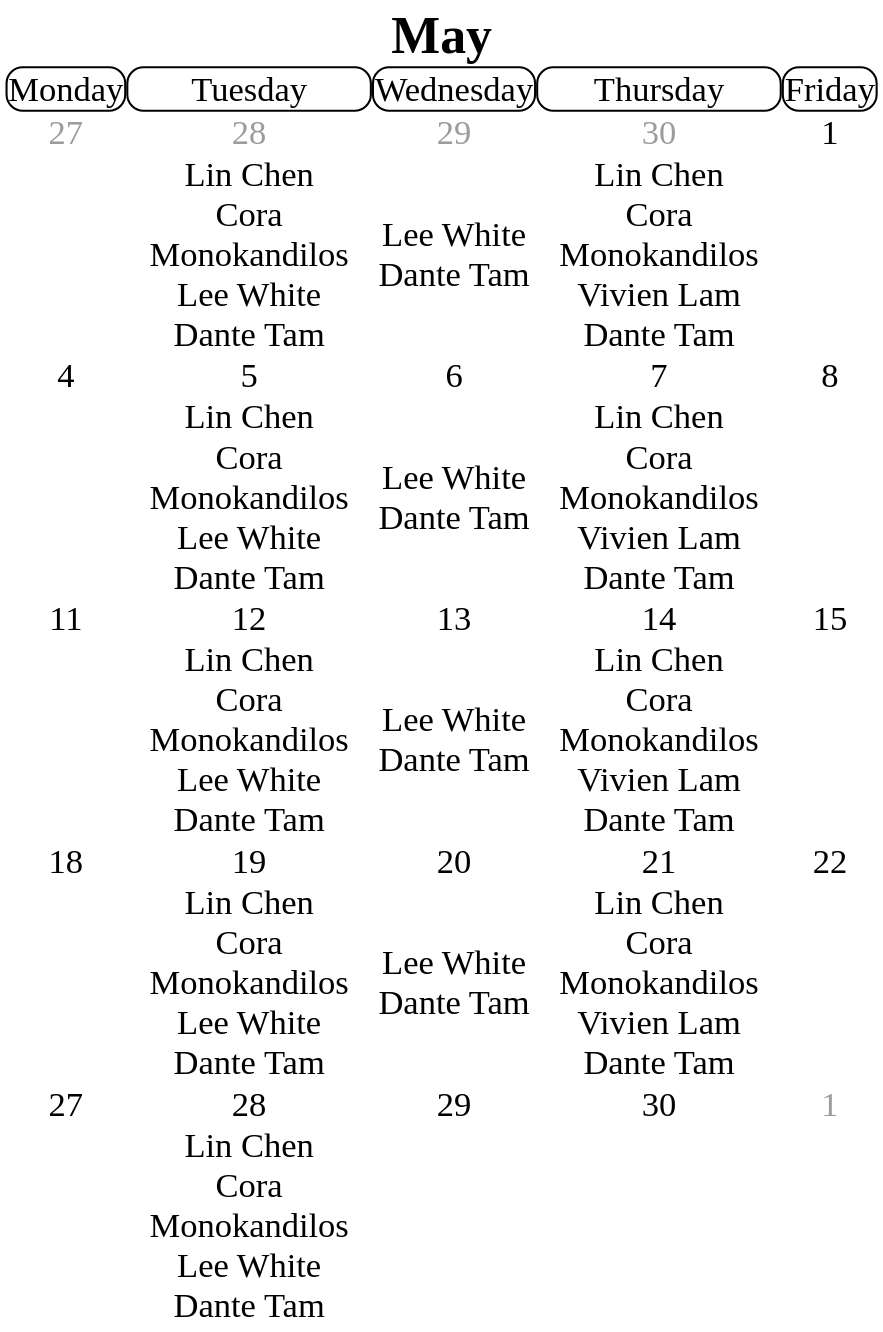
Repository: shleewhite/missionBitCalendar
Page: views/may.html
The author's editor kept a record of every edit. The page is drawn from the files as they stood at one moment, then again after the next edit.
The browser window is 1280 px wide. The pictures show the whole page, at 69% of full size.

Above is the page before.

### views/may.html
<article id="may">
<html>
    <link rel="stylesheet" type="text/css" href="main.css">
    <head></head>
    <body>
        <table id="monthTable">
                <th class="monthHeader" colspan="5">May</th>
            <tr>
                <td class="weekday">Monday</td>
                <td class="weekday">Tuesday</td>
                <td class="weekday">Wednesday</td>
                <td class="weekday">Thursday</td>
                <td class="weekday">Friday</td>
            </tr>
               <tr>
                <td class="nextMonth">27</td>
                <td class="nextMonth">28</td>
                <td class="nextMonth">29</td>
                <td class="nextMonth">30</td>
                <td class="nums">1</td>
            </tr>
                <tr>
                <td class="noOne"> </td>
                <td class="marchPeople">Lin Chen<br>Cora Monokandilos<br>Lee White<br>Dante Tam</td>
                <td class="marchPeople">Lee White<br>Dante Tam</td>
                <td class="marchPeople">Lin Chen<br>Cora Monokandilos<br>Vivien Lam<br>Dante Tam</td>
                <td class="noOne"> </td>
            </tr>
               <tr>
                <td class="nums">4</td>
                <td class="nums">5</td>
                <td class="nums">6</td>
                <td class="nums">7</td>
                <td class="nums">8</td>
            </tr>
            <tr>
                <td class="noOne"> </td>
                <td class="marchPeople">Lin Chen<br>Cora Monokandilos<br>Lee White<br>Dante Tam</td>
                <td class="marchPeople">Lee White<br>Dante Tam</td>
                <td class="marchPeople">Lin Chen<br>Cora Monokandilos<br>Vivien Lam<br>Dante Tam</td>
                <td class="noOne"> </td>
            </tr>
               <tr>
                <td class="nums">11</td>
                <td class="nums">12</td>
                <td class="nums">13</td>
                <td class="nums">14</td>
                <td class="nums">15</td>
            </tr>
            <tr>
                <td class="noOne"> </td>
                <td class="marchPeople">Lin Chen<br>Cora Monokandilos<br>Lee White<br>Dante Tam</td>
                <td class="marchPeople">Lee White<br>Dante Tam</td>
                <td class="marchPeople">Lin Chen<br>Cora Monokandilos<br>Vivien Lam<br>Dante Tam</td>
                <td class="noOne"> </td>
            </tr>
               <tr>
                <td class="nums">18</td>
                <td class="nums">19</td>
                <td class="nums">20</td>
                <td class="nums">21</td>
                <td class="nums">22</td>
            </tr>
            <tr>
                <td class="noOne"> </td>
                <td class="marchPeople">Lin Chen<br>Cora Monokandilos<br>Lee White<br>Dante Tam</td>
                <td class="marchPeople">Lee White<br>Dante Tam</td>
                <td class="marchPeople">Lin Chen<br>Cora Monokandilos<br>Vivien Lam<br>Dante Tam</td>
                <td  class="noOne"></td>
            </tr>
               <tr>
                <td class="nums">27</td>
                <td class="nums">28</td>
                <td class="nums">29</td>
                <td class="nums">30</td>
                <td class="nextMonth">1</td>
            </tr>
            <tr>
                <td class="noOne"> </td>
                <td class="marchPeople">Lin Chen<br>Cora Monokandilos<br>Lee White<br>Dante Tam</td>
                <td> </td>
                <td> </td>
                <td> </td>
            </tr>
        </table>
    </body>
</html>

### views/main.css
table {
    text-align: center;
    font-size: 50px;
    width: 100%;
    height: 700px;
    border-spacing: 50px 20px;

}
table th {
    text-align: center;
}
#year{
    /*font-family: 'Lobster', cursive;*/
    font-size: 100px;
}
.month{
    border-collapse: separate;
    border-color: #000000;
    border-radius: 25px;
    border-style: double;

    border-top-width: 15px;
    border-bottom-width: 15px;
    border-left-width: 15px;
    border-right-width: 15px;
    cursor: pointer;
}
.monthHeader {
    font-size: 75px;
    border-style: none;
}
.weekday {
    font-size: 50px;
    border-style: solid;
    border-radius: 25px;
}
#monthTable {
    border-spacing: 0px;
    border-color: #000000;
    border-radius: 25px;
    cursor: pointer;
    padding: 0px;
}
.days {
    font-size: 20px;
    text-align: left;
    border-style: double;
}
.noOne {
    text-align: center;
}
.nextMonth {
    color: #9C9C9C;
}

After the next edit:
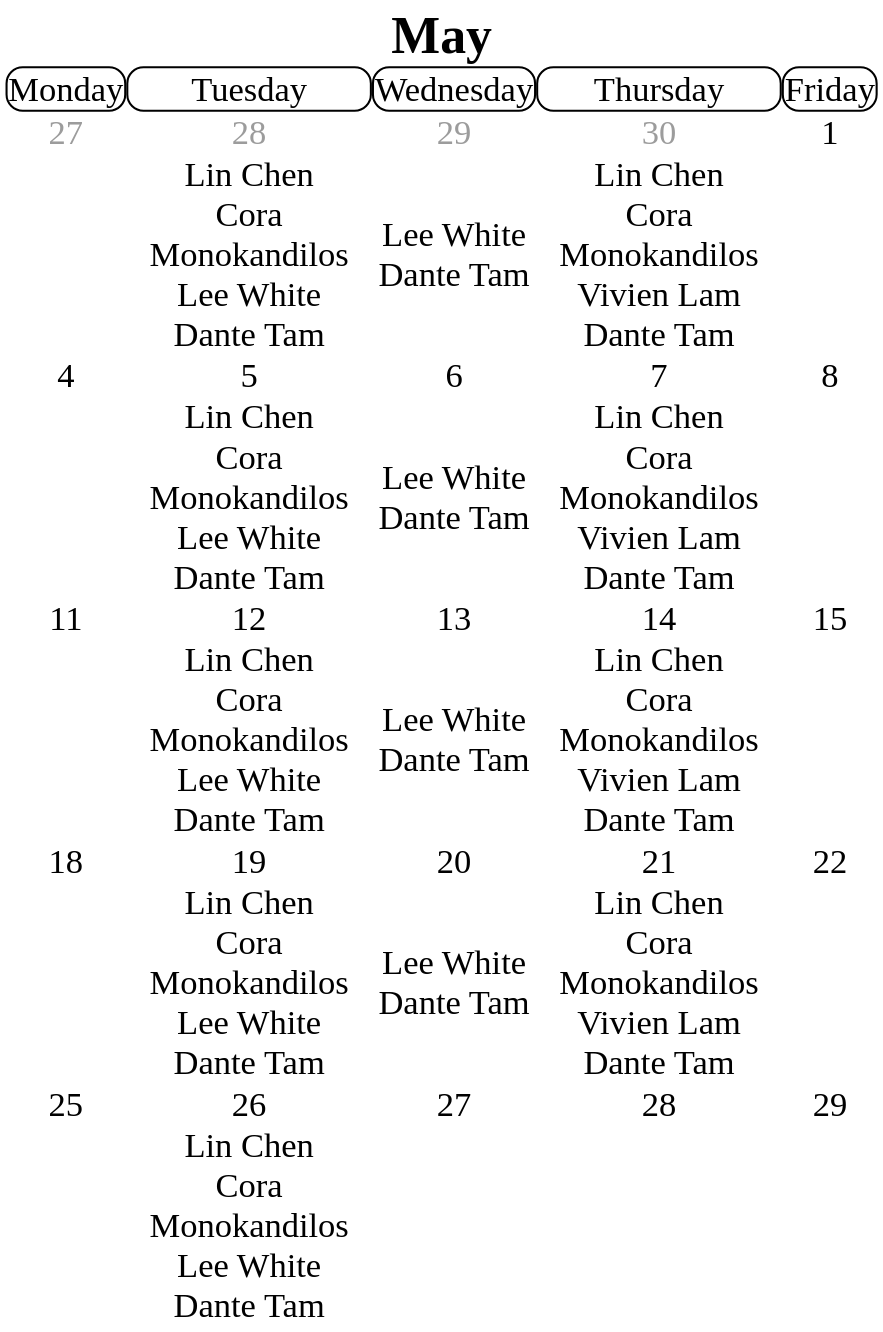
The edit:
--- a/views/may.html
+++ b/views/may.html
@@ -69,11 +69,11 @@
                 <td  class="noOne"></td>
             </tr>
                <tr>
+                <td class="nums">25</td>
+                <td class="nums">26</td>
                 <td class="nums">27</td>
                 <td class="nums">28</td>
                 <td class="nums">29</td>
-                <td class="nums">30</td>
-                <td class="nextMonth">1</td>
             </tr>
             <tr>
                 <td class="noOne"> </td>
